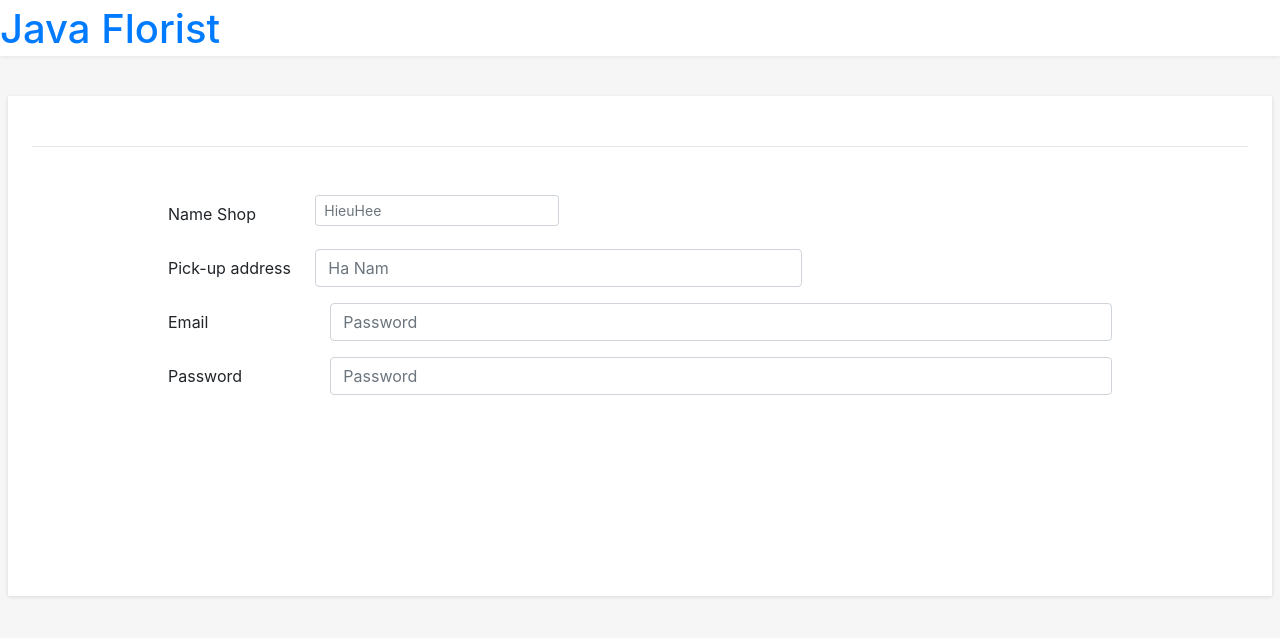
Repository: hienttm/flower-java-florist
Page: JavaFlorist/JavaFlorist/wwwroot/BecomePartner/index.html
An editor plug-in stored every save of this project. The page is shown before and after a run of saves, followed by the edit.
The browser window is 1280 px wide. The pictures show the whole page.
Some web libraries are served in a nearby version.

Above is the page before, as saved 2023-12-29 17:57:16.

After the next 2 saves:
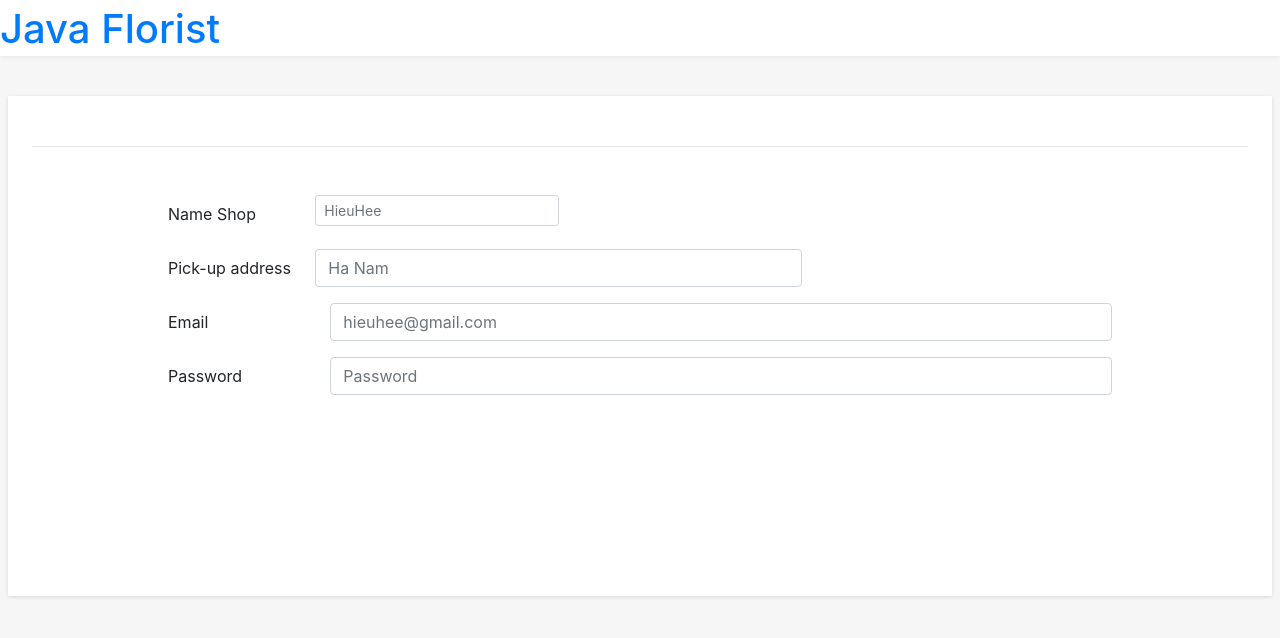
The 2 saves are shown as one change because they came seconds apart.
The last was saved 8 s later.
--- a/JavaFlorist/JavaFlorist/wwwroot/BecomePartner/index.html
+++ b/JavaFlorist/JavaFlorist/wwwroot/BecomePartner/index.html
@@ -45,7 +45,7 @@
                                 <div class="form-group row">
                                     <label for="Email" class="col-sm-2 col-form-label">Email</label>
                                     <div class="col-sm-10">
-                                      <input type="email" class="form-control" id="inputPassword" placeholder="Password">
+                                      <input type="email" class="form-control"  placeholder="hieuhee@gmail.com">
                                     </div>
                                   </div>
                                   <div class="form-group row">
